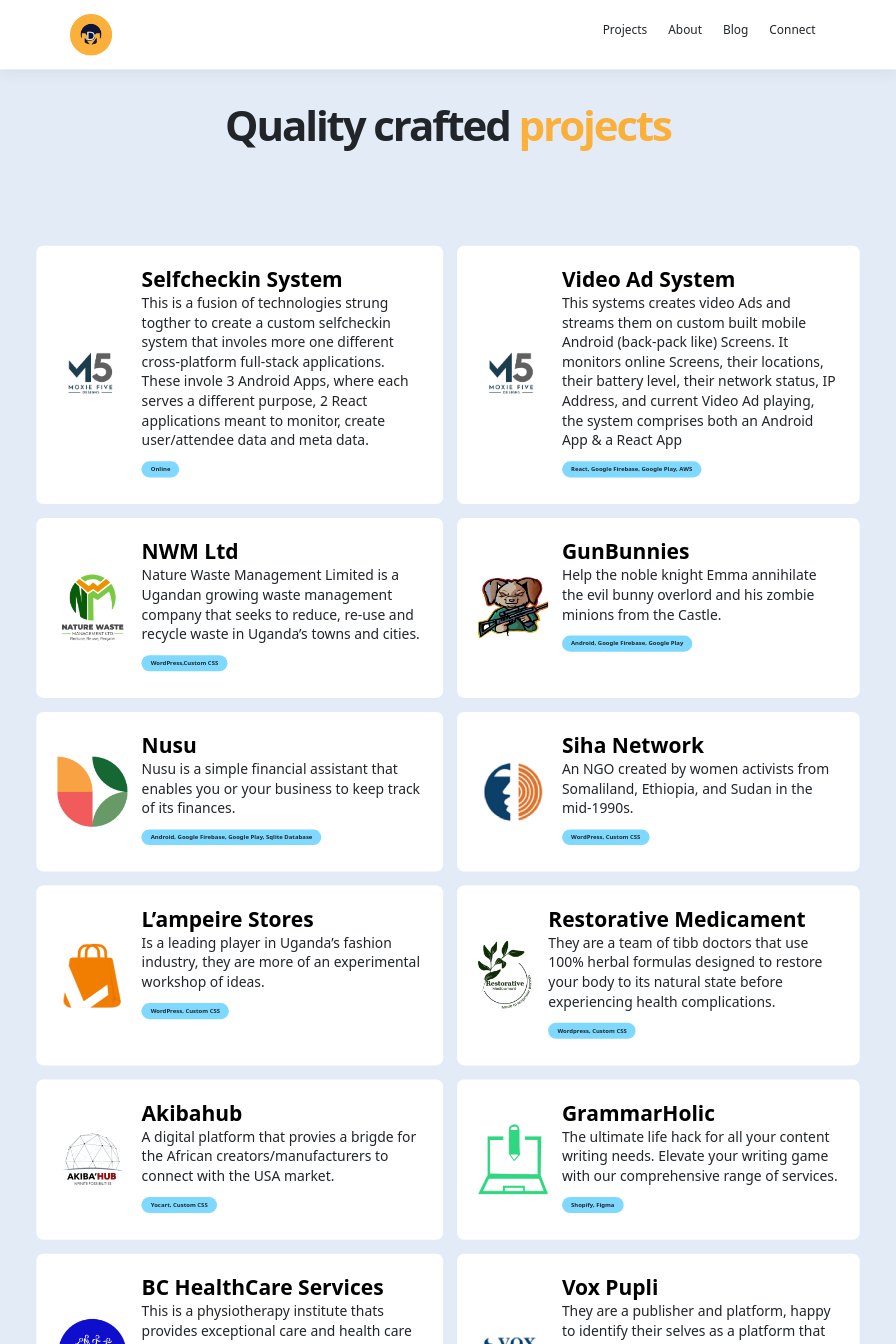
Repository: kaizoku010/firebrand
Page: /apps
The author's editor kept a copy of each file at every save. The page is drawn from the files as they stood at one save, then again after a run of saves.
The browser window is 1280 px wide. The pictures show the part of the page from y = 0 to 1920 px (the page is 3160 px tall), at 70% of full size.
The project was rebuilt for these pictures with package versions that can differ from the ones it lists, and the page was loaded fresh each time. Also part of the build but not shown: vite.config.js, src/update/homescreen.css, src/update/homescreen.js, src/update/blog.css, src/update/blog.js, src/update/connect.css, src/update/connect.js. Imported but missing from the stored project, and not drawn on this page: src/update/about.js.

Above is the page before, as saved 2024-05-27 13:17:08.

After the next 4 saves:
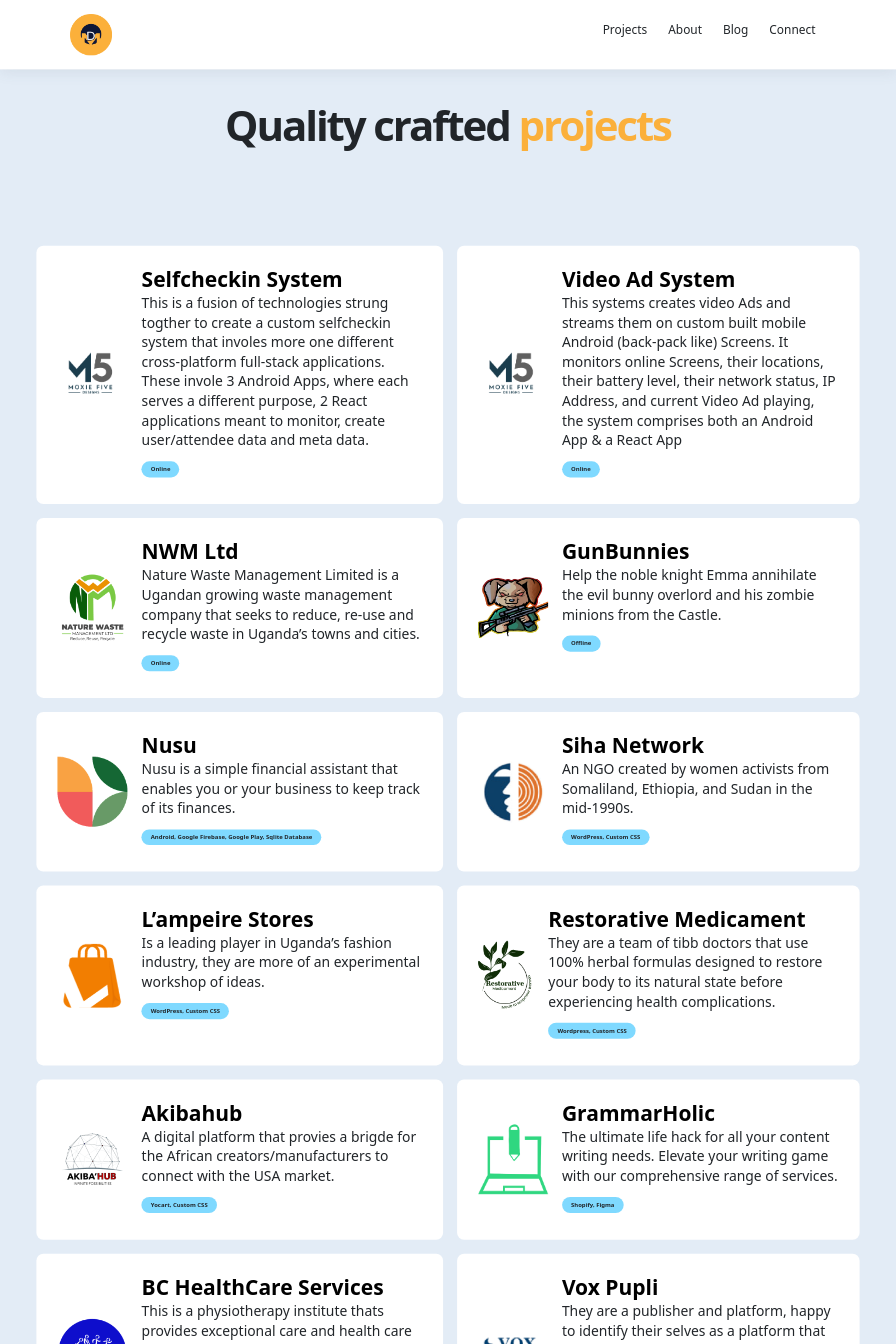
The 4 saves are shown as one change because they came seconds apart.
The last was saved 16 s later.
--- a/src/dataPoint/AllProjects.js
+++ b/src/dataPoint/AllProjects.js
@@ -36,7 +36,7 @@
     {
       id: '145',
       title: "Video Ad System",
-      techStacks: ["React, ", "Google Firebase, ", "Google Play,", " AWS" ],
+      techStacks: ["Online"],
       textColor: 'lightBlue',
       location: 'Kampala, Ug',
        desc: ' This systems creates video Ads and streams them on custom built mobile Android (back-pack like) Screens. It monitors online Screens, their locations, their battery level, their network status, IP Address, and current Video Ad playing, the system comprises both an Android App & a React App',
@@ -48,7 +48,7 @@
   {
     id: '4',
     title: 'NWM Ltd',
-    techStacks: ["WordPress,", "Custom CSS"],
+    techStacks: ["Online"],
     backgroundColor: 'white',
     textColor: 'red',
     location: 'Kampala, Uganda',
@@ -60,7 +60,7 @@
     {
       id: '445',
       title: "GunBunnies",
-      techStacks: ["Android, ", "Google Firebase, ", "Google Play" ],
+      techStacks: ["Offline"],
       textColor: 'lightBlue',
       location: 'Kampala, Ug',
        desc: 'Help the noble knight Emma annihilate the evil bunny overlord and his zombie minions from the Castle.',
